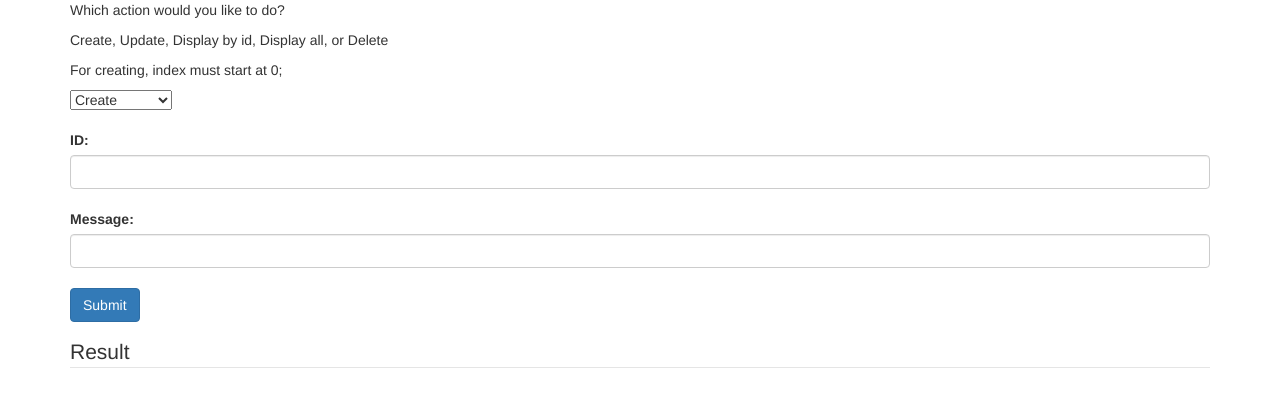
Repository: kddean/Lab4
Page: ToDoSystem/WebContent/ToDo.html
The author's editor kept a copy of each file at every save. The page is drawn from the files as they stood at one save, then again after the next save.
The browser window is 1280 px wide. The pictures show the whole page.

Above is the page before, as saved 2016-04-02 01:58:46.
Console error: SyntaxError: Unexpected identifier 'dataType'

After the next save:
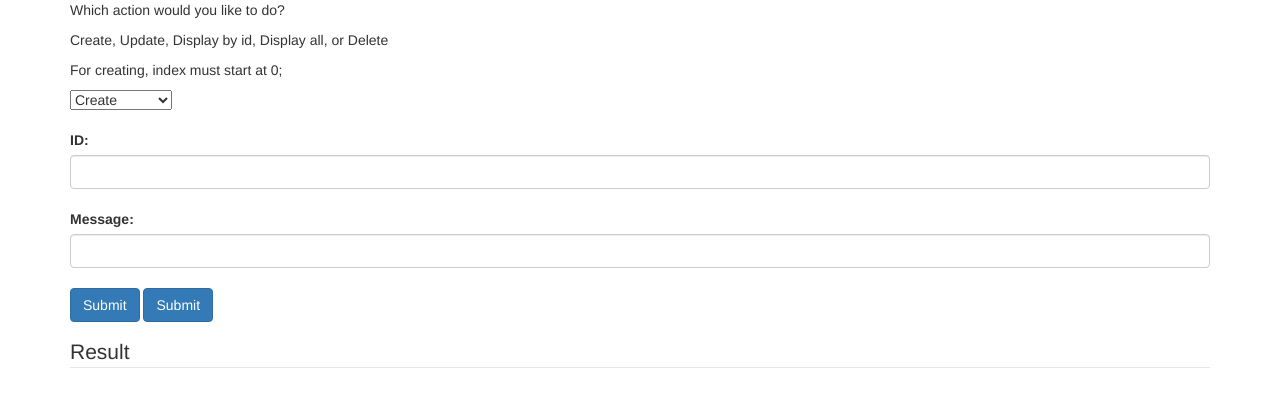
Saved 6 min 5 s later.
--- a/ToDoSystem/WebContent/ToDo.html
+++ b/ToDoSystem/WebContent/ToDo.html
@@ -29,6 +29,7 @@
 	<label>Message:</label><input type="text" class="form-control" name="message">
 	<br>
 	<button type="button" value="Submit" onclick='loadDoc("ToDo")' class="btn btn-primary">Submit</button>
+	<button type="button" id="displayallxml" value="Submit" class="btn btn-primary">Submit</button>
 <!-- 	<input type="button" value="submit" onclick='loadDoc()'> -->
 	</div>
 	<div id="sec">
